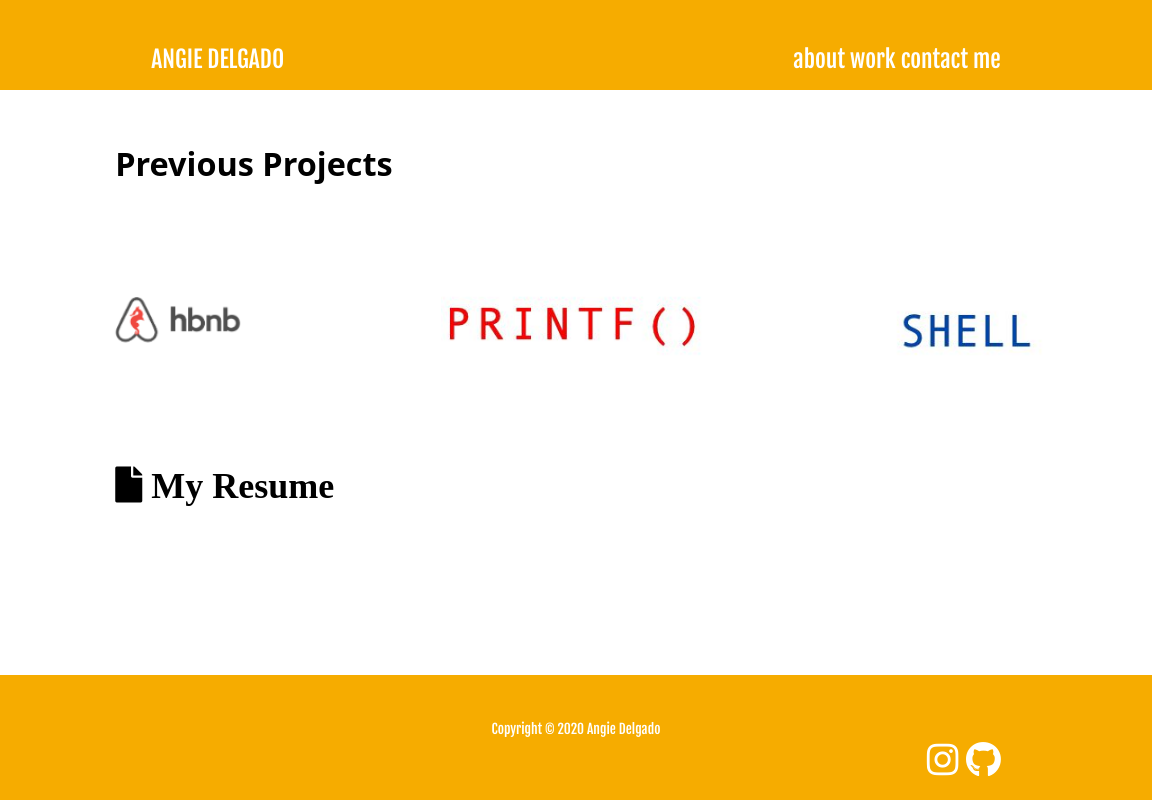
Repository: seleniadelgado/meda-spring2020-angie
Page: projects/portfolio/work.html
These files come from the project's save history. The page is drawn as it stood at one moment and after the next save; the edit follows.
The browser window is 1280 px wide. The pictures show the whole page, at 90% of full size.

Above is the page before, as saved 2020-03-02 22:02:19.

### projects/portfolio/work.html
<!DOCTYPE html>
 <html lang="en">
    <head>
        <meta charset="utf-8">
        <meta http-equiv="X-UA-Compatible" content="IE=edge">
        <title>Angie Delgado</title>
        <meta name="description" content="">
        <meta name="viewport" content="width=device-width, initial-scale=1">
        <link rel="stylesheet" href="reset.css">
        <link rel="stylesheet" href="styles.css">
        <link rel="stylesheet" href="css/all.css">

    </head>
    <body>
    <header>
            <nav>
                <div id="myName">
                    <a href="index.html">Angie Delgado</a>
                </div>
                <div>
                    <ul id="menu">
                        <li><a href="index.html">About</a></li>
                        <li><a href="work.html">Work</a></li>
                        <li><a href="contact.html">Contact me</a></li>
                    </ul>
                </div>
            </nav>
    </header>
    <div class="work">
        <div>
            <p>Previous Projects</p>
        </div>
        <div class="projects">
            <img src="images/hbnb_logo.png" alt="Airbnb logo for project.">
            <img src="images/printf_logo.jpg" alt="Logo for printf project.">
            <img src="images/shell_logo.jpg" alt="Logo for shell project.">
        </div>
        <div class="resume">
            <a href="angie_delgado.pdf"><i class="fas fa-file"> My Resume</i></a>
        </div>
    </div>
    <footer>
        <div class="copyright"><p>Copyright &copy; 2020 Angie Delgado</p></div>
        <div class="social">
            <ul>
                <li><a href="https://github.com/seleniadelgado"> <i class="fab fa-instagram"></i></li></a>
                <li><a href="https://www.instagram.com/angieselenia/"><i class="fab fa-github"></i></li></a>
            </ul>
        </div>
    </footer>
    </body>
</html>

### projects/portfolio/styles.css
@import url('https://fonts.googleapis.com/css?family=Fjalla+One|Noto+Sans&display=swap');
body {
    width: 100%;
}
header, footer {
    background-color: #f6ac00;
    padding: 50px;
    font-size: 26px;
    font-family: 'Fjalla One', Arial, Helvetica, sans-serif;
    line-height: normal;
    /* font-family: 'Noto Sans', ;*/
}
/* navbar starts*/
#myName a {
    float: left;
    text-decoration: none;
    color: white;
    text-transform: uppercase;
    padding-left: 10%;
}
ul {
    display: block;
    list-style-type: none;
    margin: 0;
    padding-right: 10%;
    float: right;
    text-decoration: none;
 }

 li {
    display: inline;
    text-transform: lowercase;
 }
 li a {
    text-decoration: none;
    color: white;
 }
 /*nav styles ends */

/* About me starts */
.aboutMe {
    display: flex;
}
.image {
    align-items: flex-start;
    margin-left: 15%;
    margin-top: 5%;
    margin-bottom: 5%;
    filter: grayscale(100%);
}
.aboutMe #aboutMeParagraph {
    align-items: center;
    margin-top: 17%;
    margin-bottom: 10%;
    margin-left: 10%;
    margin-right: 20%;
    font-family: 'Noto Sans';

}
/* about me ends */
.work {
    display: flex;
    margin-bottom: 15%;
    flex-direction: column;
    flex-wrap: wrap;
}
.work p {
    font-family: Noto Sans;
    font-weight: 800;
    font-size: 36px;
    margin-top: 5%;
    margin-left: 10%;
    margin-bottom: 10%;
}
.work .projects {
    display: flex;
    justify-content: space-around;
}
.work img {
    width: 300px;
    height: 300px;
}
.work .resume a {
    text-decoration: none;
    font-family: 'Fjalla One';
    font-size: 40px;
    color: black;
    margin: 10%;

}

 /* Footer style starts */
 footer {
    color: white;
    text-shadow: black;
    margin: 0 auto;
 }
 .copyright {
    text-align: center;
    font-size: 15px;
 }
 .social {
    text-align: right;
    margin-bottom: 20px;
    font-size: 40px;
 }
/* footer ends */

Loaded but not shown: projects/portfolio/reset.css (common file); projects/portfolio/css/all.css (library)

After the next save:
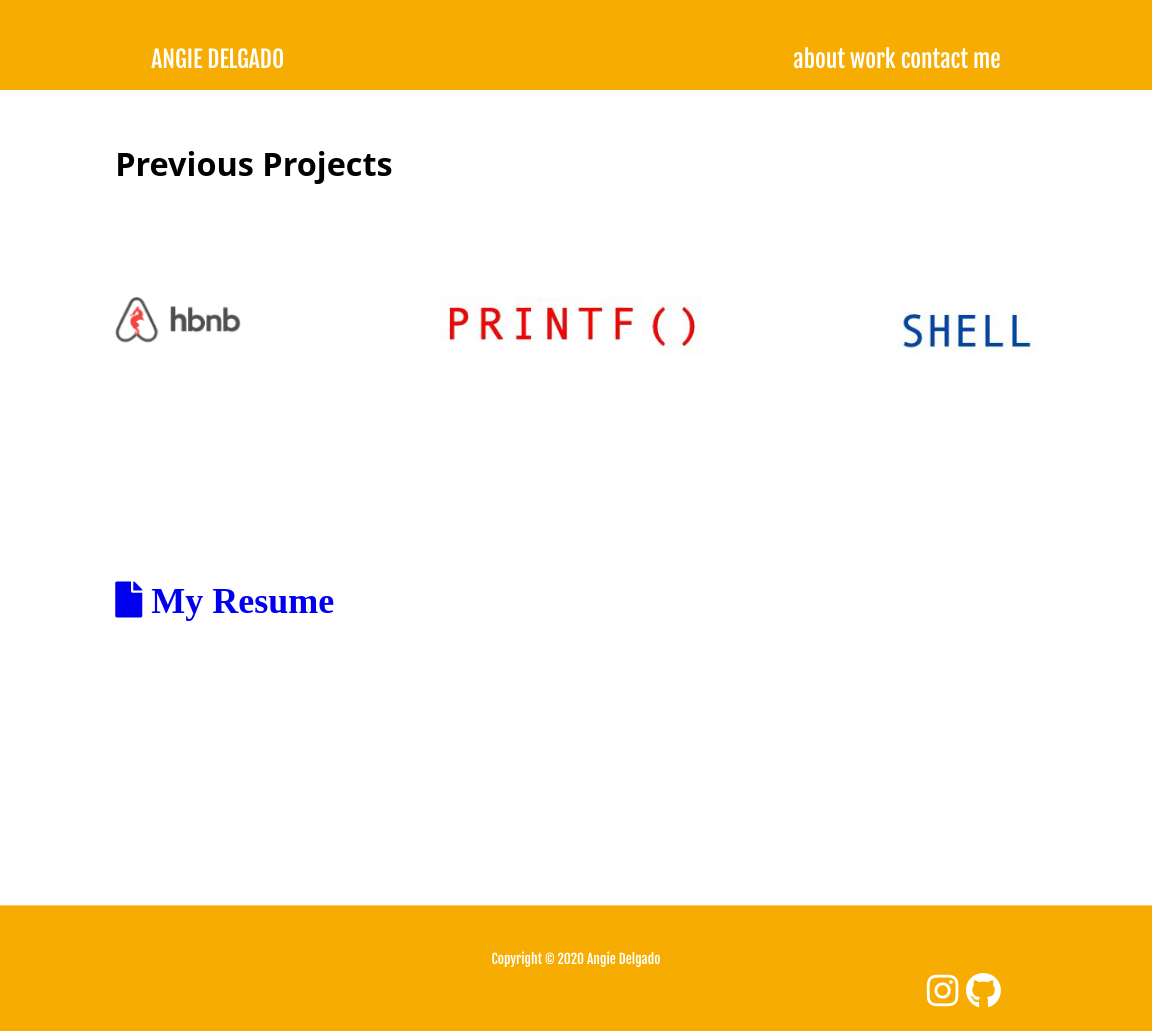
Saved 18 s later.
--- a/projects/portfolio/styles.css
+++ b/projects/portfolio/styles.css
@@ -80,7 +80,7 @@
     width: 300px;
     height: 300px;
 }
-.work .resume a {
+.work .resume {
     text-decoration: none;
     font-family: 'Fjalla One';
     font-size: 40px;

After the save that followed:
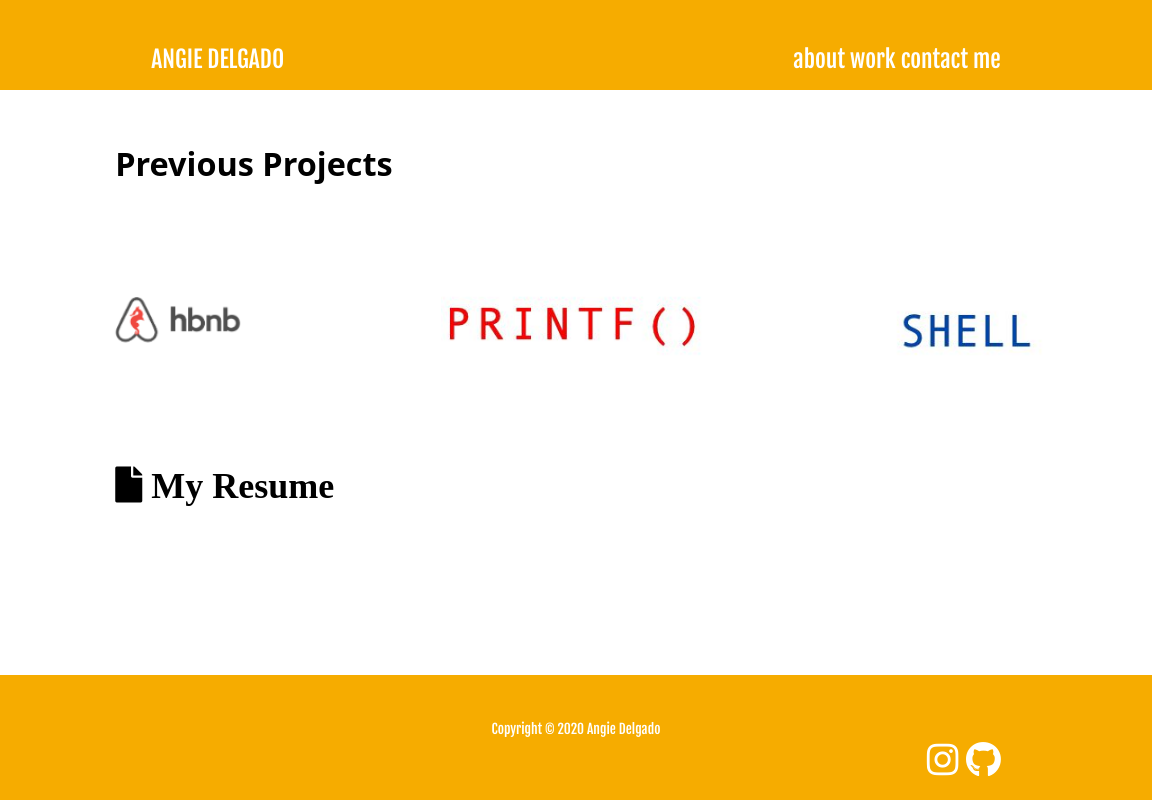
Saved 9 s later.
--- a/projects/portfolio/styles.css
+++ b/projects/portfolio/styles.css
@@ -80,7 +80,7 @@
     width: 300px;
     height: 300px;
 }
-.work .resume {
+.work .resume a {
     text-decoration: none;
     font-family: 'Fjalla One';
     font-size: 40px;
